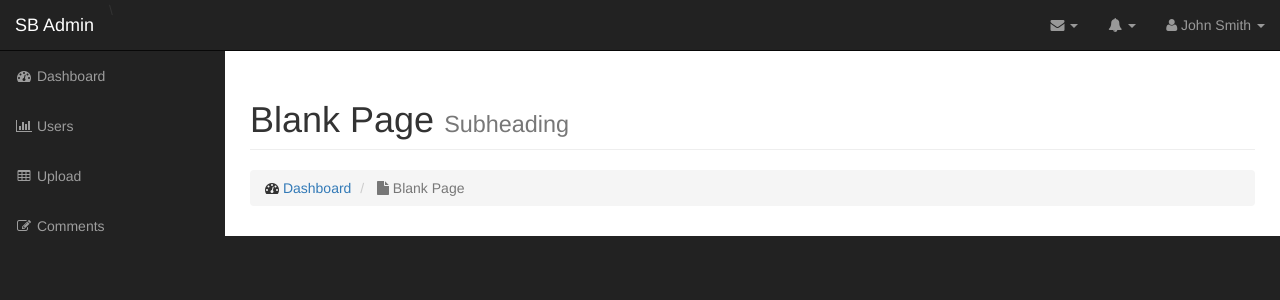
Repository: Dennis-star1001/PHP_OOP
Page: http://localhost/admin/user.php
An editor plug-in stored every save of this project. The page is shown before and after the next save, followed by the edit.
The browser window is 1280 px wide. The pictures show the whole page.
The page is run by PHP 8.4 with error messages shown; the project is at /var/www/html/.

Above is the page before, as saved 2022-07-12 22:38:07.

### admin/user.php
<?php include("includes/header.php"); ?>

<!-- Navigation -->
<nav class="navbar navbar-inverse navbar-fixed-top" role="navigation">\

    <!-- Brand and toggle get grouped for better mobile display -->
    <?php include("includes/top_nav.php") ?>

    <!-- Sidebar Menu Items - These collapse to the responsive navigation menu on small screens -->
    <?php include("includes/side_nav.php") ?>

    <!-- /.navbar-collapse -->
</nav>







<div id="page-wrapper">
    <div class="container-fluid">

        <!-- Page Heading -->
        <div class="row">
            <div class="col-lg-12">
                <h1 class="page-header">
                    Blank Page
                    <small>Subheading</small>
                </h1>
                <ol class="breadcrumb">
                    <li>
                        <i class="fa fa-dashboard"></i> <a href="index.html">Dashboard</a>
                    </li>
                    <li class="active">
                        <i class="fa fa-file"></i> Blank Page
                    </li>
                </ol>
            </div>
        </div>
        <!-- /.row -->

    </div>

    <!-- /.container-fluid -->

</div>
<!-- /#page-wrapper -->

<?php include("includes/footer.php"); ?>

### admin/includes/header.php
<!DOCTYPE html>
<html lang="en">

<head>

    <meta charset="utf-8">
    <meta http-equiv="X-UA-Compatible" content="IE=edge">
    <meta name="viewport" content="width=device-width, initial-scale=1">
    <meta name="description" content="">
    <meta name="author" content="">

    <title>SB Admin - Bootstrap Admin Template</title>

    <!-- Bootstrap Core CSS -->
    <link href="css/bootstrap.min.css" rel="stylesheet">

    <!-- Custom CSS -->
    <link href="css/sb-admin.css" rel="stylesheet">

    <!-- Custom Fonts -->
    <link href="font-awesome/css/font-awesome.min.css" rel="stylesheet" type="text/css">

    <!-- HTML5 Shim and Respond.js IE8 support of HTML5 elements and media queries -->
    <!-- WARNING: Respond.js doesn't work if you view the page via file:// -->
    <!--[if lt IE 9]>
        <script src="https://oss.maxcdn.com/libs/html5shiv/3.7.0/html5shiv.js"></script>
        <script src="https://oss.maxcdn.com/libs/respond.js/1.4.2/respond.min.js"></script>
    <![endif]-->

</head>

<body>

    <div id="wrapper">

### admin/includes/top_nav.php

            <div class="navbar-header">
                <button type="button" class="navbar-toggle" data-toggle="collapse" data-target=".navbar-ex1-collapse">
                    <span class="sr-only">Toggle navigation</span>
                    <span class="icon-bar"></span>
                    <span class="icon-bar"></span>
                    <span class="icon-bar"></span>
                </button>
                <a class="navbar-brand" href="index.html">SB Admin</a>
            </div>
            <!-- Top Menu Items -->
            <ul class="nav navbar-right top-nav">
                <li class="dropdown">
                    <a href="#" class="dropdown-toggle" data-toggle="dropdown"><i class="fa fa-envelope"></i> <b class="caret"></b></a>
                    <ul class="dropdown-menu message-dropdown">
                        <li class="message-preview">
                            <a href="#">
                                <div class="media">
                                    <span class="pull-left">
                                        <img class="media-object" src="http://placehold.it/50x50" alt="">
                                    </span>
                                    <div class="media-body">
                                        <h5 class="media-heading">
                                            <strong>John Smith</strong>
                                        </h5>
                                        <p class="small text-muted"><i class="fa fa-clock-o"></i> Yesterday at 4:32 PM</p>
                                        <p>Lorem ipsum dolor sit amet, consectetur...</p>
                                    </div>
                                </div>
                            </a>
                        </li>
                        <li class="message-preview">
                            <a href="#">
                                <div class="media">
                                    <span class="pull-left">
                                        <img class="media-object" src="http://placehold.it/50x50" alt="">
                                    </span>
                                    <div class="media-body">
                                        <h5 class="media-heading">
                                            <strong>John Smith</strong>
                                        </h5>
                                        <p class="small text-muted"><i class="fa fa-clock-o"></i> Yesterday at 4:32 PM</p>
                                        <p>Lorem ipsum dolor sit amet, consectetur...</p>
                                    </div>
                                </div>
                            </a>
                        </li>
                        <li class="message-preview">
                            <a href="#">
                                <div class="media">
                                    <span class="pull-left">
                                        <img class="media-object" src="http://placehold.it/50x50" alt="">
                                    </span>
                                    <div class="media-body">
                                        <h5 class="media-heading">
                                            <strong>John Smith</strong>
                                        </h5>
                                        <p class="small text-muted"><i class="fa fa-clock-o"></i> Yesterday at 4:32 PM</p>
                                        <p>Lorem ipsum dolor sit amet, consectetur...</p>
                                    </div>
                                </div>
                            </a>
                        </li>
                        <li class="message-footer">
                            <a href="#">Read All New Messages</a>
                        </li>
                    </ul>
                </li>
                <li class="dropdown">
                    <a href="#" class="dropdown-toggle" data-toggle="dropdown"><i class="fa fa-bell"></i> <b class="caret"></b></a>
                    <ul class="dropdown-menu alert-dropdown">
                        <li>
                            <a href="#">Alert Name <span class="label label-default">Alert Badge</span></a>
                        </li>
                        <li>
                            <a href="#">Alert Name <span class="label label-primary">Alert Badge</span></a>
                        </li>
                        <li>
                            <a href="#">Alert Name <span class="label label-success">Alert Badge</span></a>
                        </li>
                        <li>
                            <a href="#">Alert Name <span class="label label-info">Alert Badge</span></a>
                        </li>
                        <li>
                            <a href="#">Alert Name <span class="label label-warning">Alert Badge</span></a>
                        </li>
                        <li>
                            <a href="#">Alert Name <span class="label label-danger">Alert Badge</span></a>
                        </li>
                        <li class="divider"></li>
                        <li>
                            <a href="#">View All</a>
                        </li>
                    </ul>
                </li>
                <li class="dropdown">
                    <a href="#" class="dropdown-toggle" data-toggle="dropdown"><i class="fa fa-user"></i> John Smith <b class="caret"></b></a>
                    <ul class="dropdown-menu">
                        <li>
                            <a href="#"><i class="fa fa-fw fa-user"></i> Profile</a>
                        </li>
                        <li>
                            <a href="#"><i class="fa fa-fw fa-envelope"></i> Inbox</a>
                        </li>
                        <li>
                            <a href="#"><i class="fa fa-fw fa-gear"></i> Settings</a>
                        </li>
                        <li class="divider"></li>
                        <li>
                            <a href="#"><i class="fa fa-fw fa-power-off"></i> Log Out</a>
                        </li>
                    </ul>
                </li>
            </ul>

### admin/includes/side_nav.php
<div class="collapse navbar-collapse navbar-ex1-collapse">
    <ul class="nav navbar-nav side-nav">
        <li>
            <a href="index.php"><i class="fa fa-fw fa-dashboard"></i> Dashboard</a>
        </li>
        <li>
            <a href="user.php"><i class="fa fa-fw fa-bar-chart-o"></i> Users</a>
        </li>
        <li>
            <a href="upload.php"><i class="fa fa-fw fa-table"></i> Upload</a>
        </li>
        <li>
            <a href="comment.php"><i class="fa fa-fw fa-edit"></i> Comments</a>
        </li>
    </ul>
</div>

### admin/css/sb-admin.css
/*!
 * Start Bootstrap - SB Admin Bootstrap Admin Template (http://startbootstrap.com)
 * Code licensed under the Apache License v2.0.
 * For details, see http://www.apache.org/licenses/LICENSE-2.0.
 */

/* Global Styles */

body {
    margin-top: 100px;
    background-color: #222;
}

@media(min-width:768px) {
    body {
        margin-top: 50px;
    }
}

#wrapper {
    padding-left: 0;
}

#page-wrapper {
    width: 100%;
    padding: 0;
    background-color: #fff;
}

.huge {
    font-size: 50px;
    line-height: normal;
}

@media(min-width:768px) {
    #wrapper {
        padding-left: 225px;
    }

    #page-wrapper {
        padding: 10px;
    }
}

/* Top Navigation */

.top-nav {
    padding: 0 15px;
}

.top-nav>li {
    display: inline-block;
    float: left;
}

.top-nav>li>a {
    padding-top: 15px;
    padding-bottom: 15px;
    line-height: 20px;
    color: #999;
}

.top-nav>li>a:hover,
.top-nav>li>a:focus,
.top-nav>.open>a,
.top-nav>.open>a:hover,
.top-nav>.open>a:focus {
    color: #fff;
    background-color: #000;
}

.top-nav>.open>.dropdown-menu {
    float: left;
    position: absolute;
    margin-top: 0;
    border: 1px solid rgba(0,0,0,.15);
    border-top-left-radius: 0;
    border-top-right-radius: 0;
    background-color: #fff;
    -webkit-box-shadow: 0 6px 12px rgba(0,0,0,.175);
    box-shadow: 0 6px 12px rgba(0,0,0,.175);
}

.top-nav>.open>.dropdown-menu>li>a {
    white-space: normal;
}

ul.message-dropdown {
    padding: 0;
    max-height: 250px;
    overflow-x: hidden;
    overflow-y: auto;
}

li.message-preview {
    width: 275px;
    border-bottom: 1px solid rgba(0,0,0,.15);
}

li.message-preview>a {
    padding-top: 15px;
    padding-bottom: 15px;
}

li.message-footer {
    margin: 5px 0;
}

ul.alert-dropdown {
    width: 200px;
}

/* Side Navigation */

@media(min-width:768px) {
    .side-nav {
        position: fixed;
        top: 51px;
        left: 225px;
        width: 225px;
        margin-left: -225px;
        border: none;
        border-radius: 0;
        overflow-y: auto;
        background-color: #222;
    }

    .side-nav>li>a {
        width: 225px;
    }

    .side-nav li a:hover,
    .side-nav li a:focus {
        outline: none;
        background-color: #000 !important;
    }
}

.side-nav>li>ul {
    padding: 0;
}

.side-nav>li>ul>li>a {
    display: block;
    padding: 10px 15px 10px 38px;
    text-decoration: none;
    color: #999;
}

.side-nav>li>ul>li>a:hover {
    color: #fff;
}

/* Flot Chart Containers */

.flot-chart {
    display: block;
    height: 400px;
}

.flot-chart-content {
    width: 100%;
    height: 100%;
}

/* Custom Colored Panels */

.huge {
    font-size: 40px;
}

.panel-green {
    border-color: #5cb85c;
}

.panel-green .panel-heading {
    border-color: #5cb85c;
    color: #fff;
    background-color: #5cb85c;
}

.panel-green a {
    color: #5cb85c;
}

.panel-green a:hover {
    color: #3d8b3d;
}

.panel-red {
    border-color: #d9534f;
}

.panel-red .panel-heading {
    border-color: #d9534f;
    color: #fff;
    background-color: #d9534f;
}

.panel-red a {
    color: #d9534f;
}

.panel-red a:hover {
    color: #b52b27;
}

.panel-yellow {
    border-color: #f0ad4e;
}

.panel-yellow .panel-heading {
    border-color: #f0ad4e;
    color: #fff;
    background-color: #f0ad4e;
}

.panel-yellow a {
    color: #f0ad4e;
}

.panel-yellow a:hover {
    color: #df8a13;
}

Loaded but not shown: admin/includes/footer.php (common file); admin/css/bootstrap.min.css (library); admin/font-awesome/css/font-awesome.min.css (library); admin/js/jquery.js (library); admin/js/bootstrap.min.js (library)

After the next save:
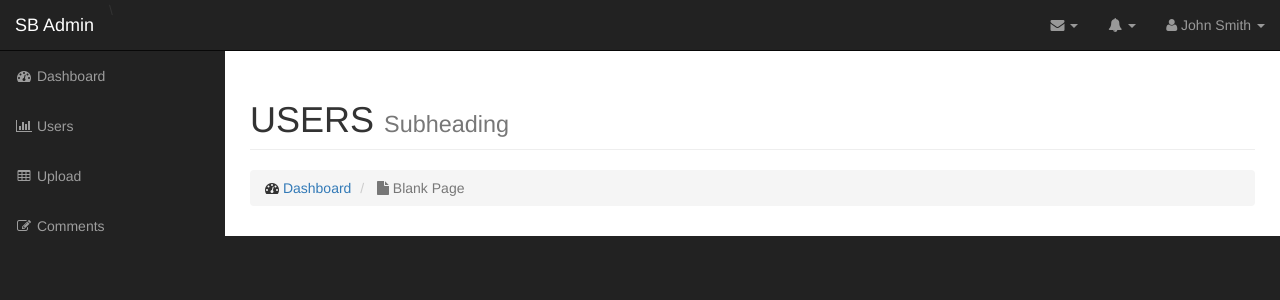
Saved 31 s later.
--- a/admin/user.php
+++ b/admin/user.php
@@ -25,7 +25,7 @@
         <div class="row">
             <div class="col-lg-12">
                 <h1 class="page-header">
-                    Blank Page
+               USERS
                     <small>Subheading</small>
                 </h1>
                 <ol class="breadcrumb">
